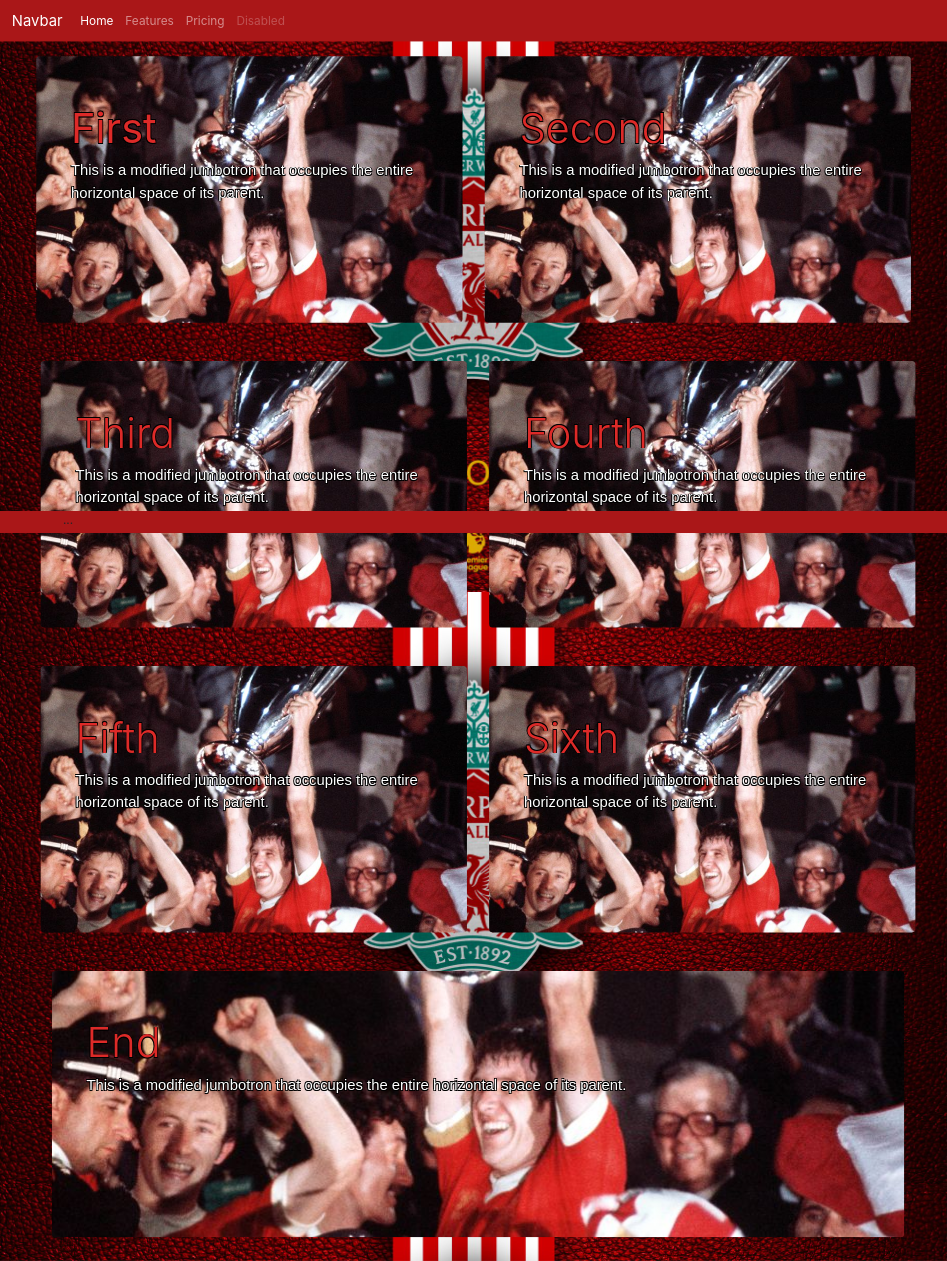
Repository: DalyAD/allez-2
Page: page1.html
The author's editor kept a record of every edit. The page is drawn from the files as they stood at one moment, then again after the next edit.
The browser window is 1280 px wide. The pictures show the whole page, at 74% of full size.
Backgrounds fixed to the window are drawn as part of the page.

Above is the page before.

After the next edit:
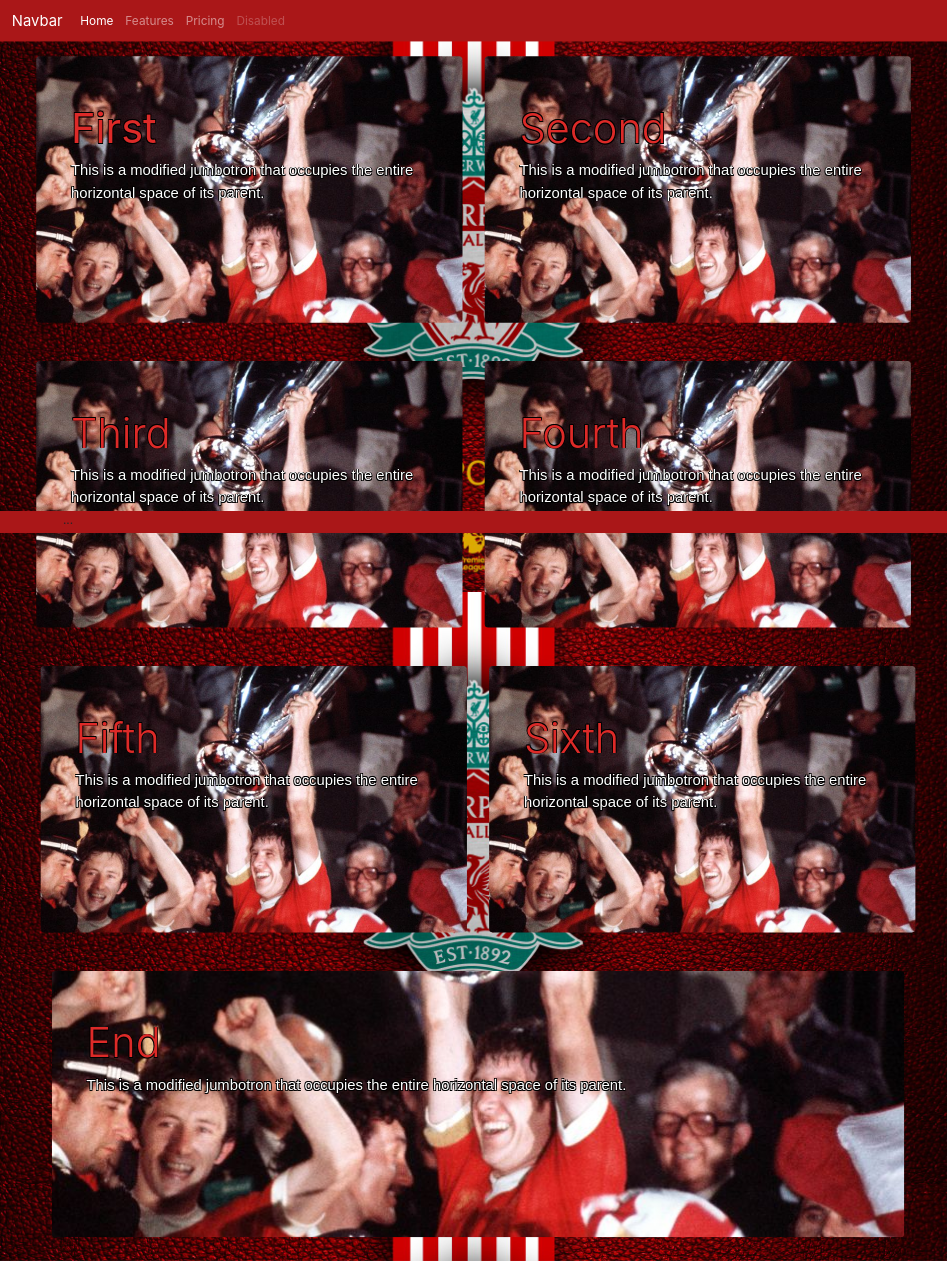
The edit:
--- a/page1.html
+++ b/page1.html
@@ -48,22 +48,24 @@
                     </div>
                 </div>
                 <div class="row">
-                <div class="col-sm-12 col-lg-6">
-                    <div class="jumbotron third">
-                        <div class="container">
-                            <h1 class="display-4">Third</h1>
-                            <p class="lead">This is a modified jumbotron that occupies the entire horizontal space of its parent.</p>
+                    <div class="col-sm-12 col-lg-6">
+                        <div class="jumbotron third">
+                            <div class="container">
+                                <h1 class="display-4">Third</h1>
+                                <p class="lead">This is a modified jumbotron that occupies the entire horizontal space of its parent.</p>
+                            </div>
+                        </div>
+                    </div>
+                    <div class="col-sm-12 col-lg-6">
+                        <div class="jumbotron fourth">
+                            <div class="container">
+                                <h1 class="display-4">Fourth</h1>
+                                <p class="lead">This is a modified jumbotron that occupies the entire horizontal space of its parent.</p>
+                            </div>
                         </div>
                     </div>
                 </div>
-                <div class="col-sm-12 col-lg-6">
-                    <div class="jumbotron fourth">
-                        <div class="container">
-                            <h1 class="display-4">Fourth</h1>
-                            <p class="lead">This is a modified jumbotron that occupies the entire horizontal space of its parent.</p>
-                        </div>
-                    </div>
-                </div>
+                <div class="row">
                 <div class="col-sm-12 col-lg-6">
                     <div class="jumbotron fifth">
                         <div class="container">
